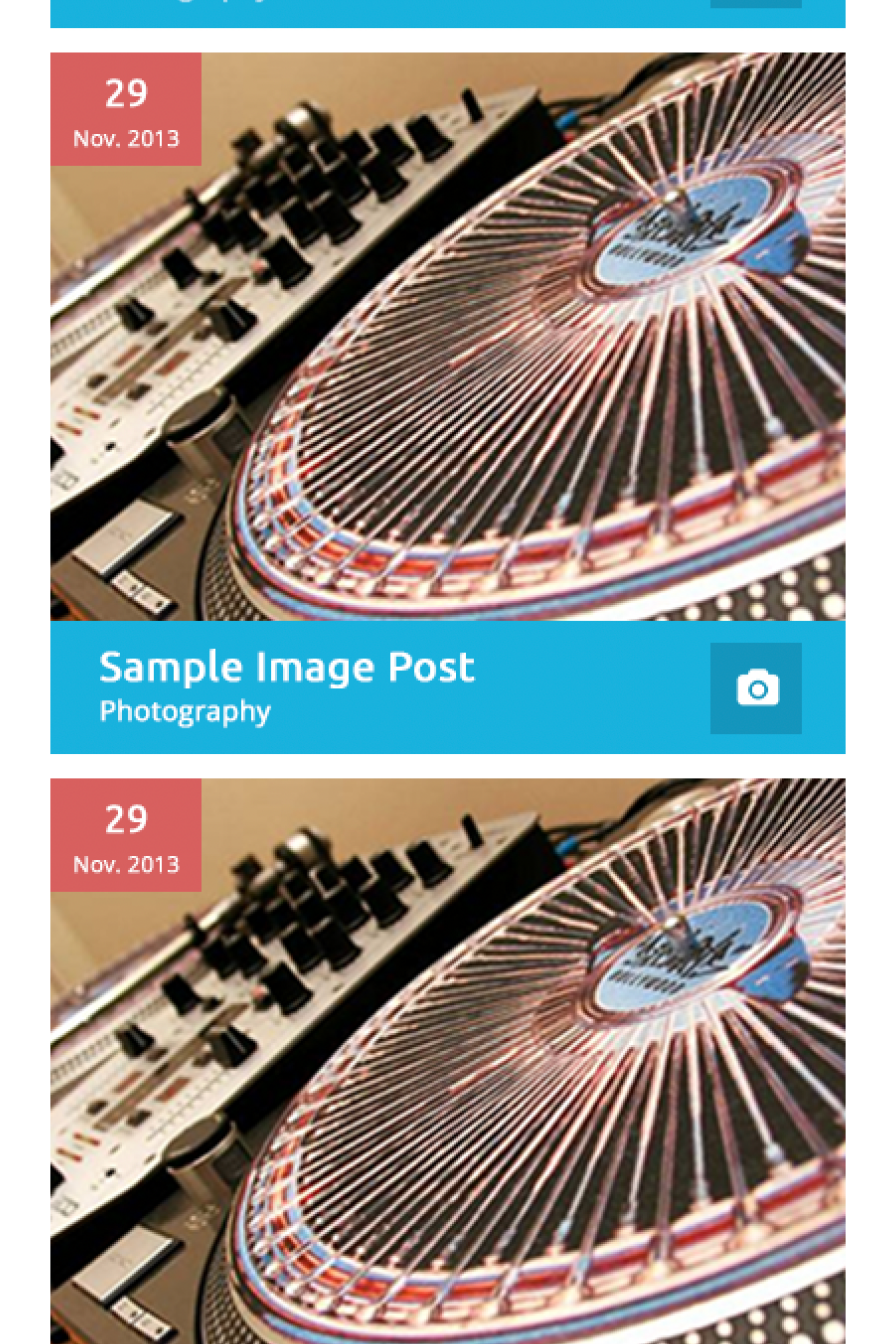
Repository: lpcmendoza/LAB02BF_Group9
Page: index.html
The author's editor kept a copy of each file at every save. The page is drawn from the files as they stood at one save, then again after the next save.
The browser window is 1280 px wide. The pictures show the part of the page from y = 4580 to 6500 px (the page is 16290 px tall before and 15253 px after), at 70% of full size.

Above is the page before, as saved 2024-02-11 22:46:33.

After the next save:
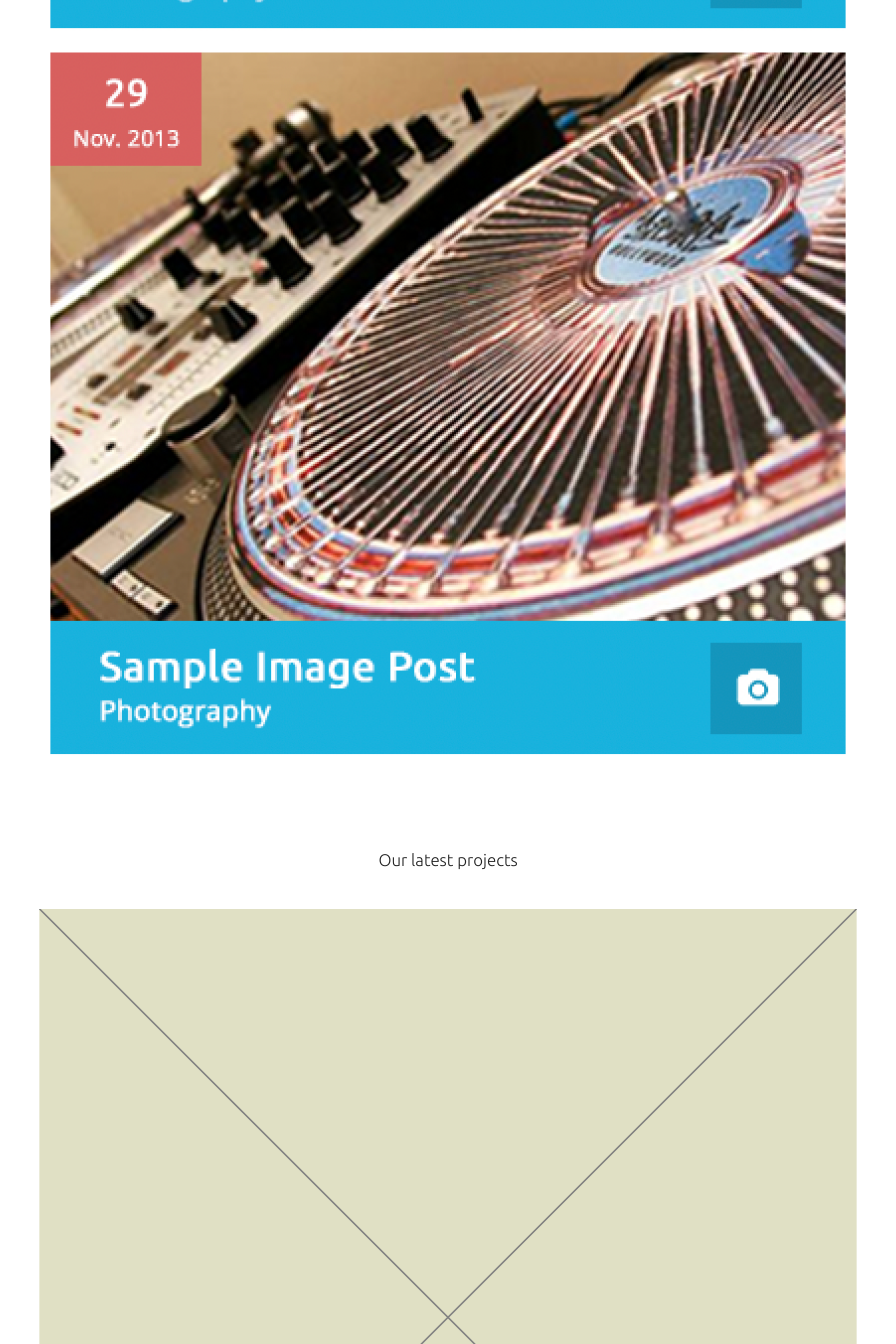
Saved 15 s later.
--- a/css/style.css
+++ b/css/style.css
@@ -300,10 +300,6 @@
     text-align: center;
   }
 
-  .whats-new-body {
-    margin: 0;
-  }
-
 }
 
 
@@ -365,6 +361,10 @@
   .what-we-do-container-body h3 {
     text-align: center;
     font-weight: bold;
+  }
+
+  .whats-new-body-4 {
+    display: none;
   }
 
 }

After the save that followed:
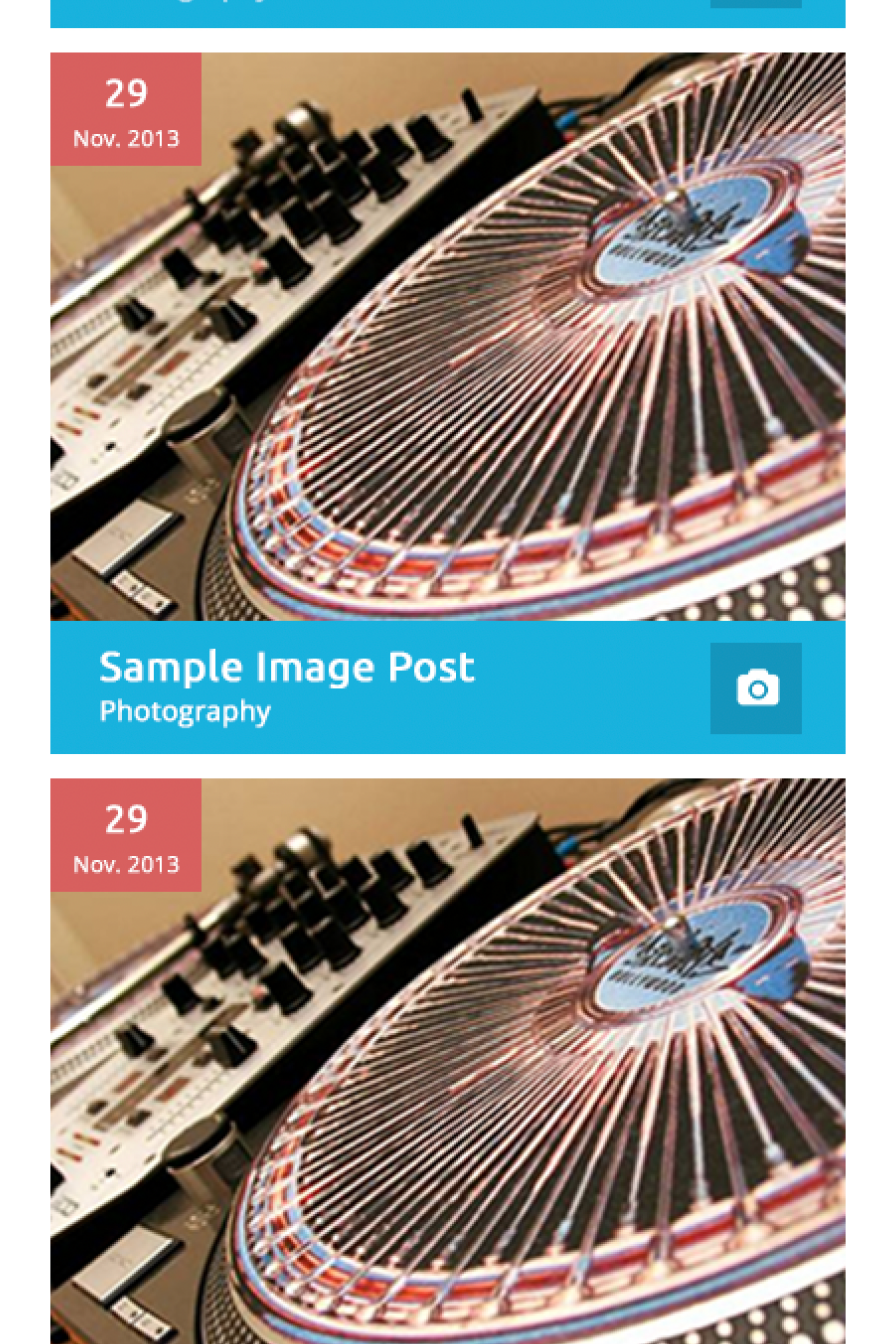
Saved 100 s later.
--- a/index.html
+++ b/index.html
@@ -98,6 +98,9 @@
         <p>Read up on our latest work</p>
       </div>
       <div class="whats-new-content">
+        <div class="whats-new-body-1">
+          <img src="img/news.png" alt="News content">
+        </div>
         <div class="whats-new-body">
           <img src="img/news.png" alt="News content">
         </div>
